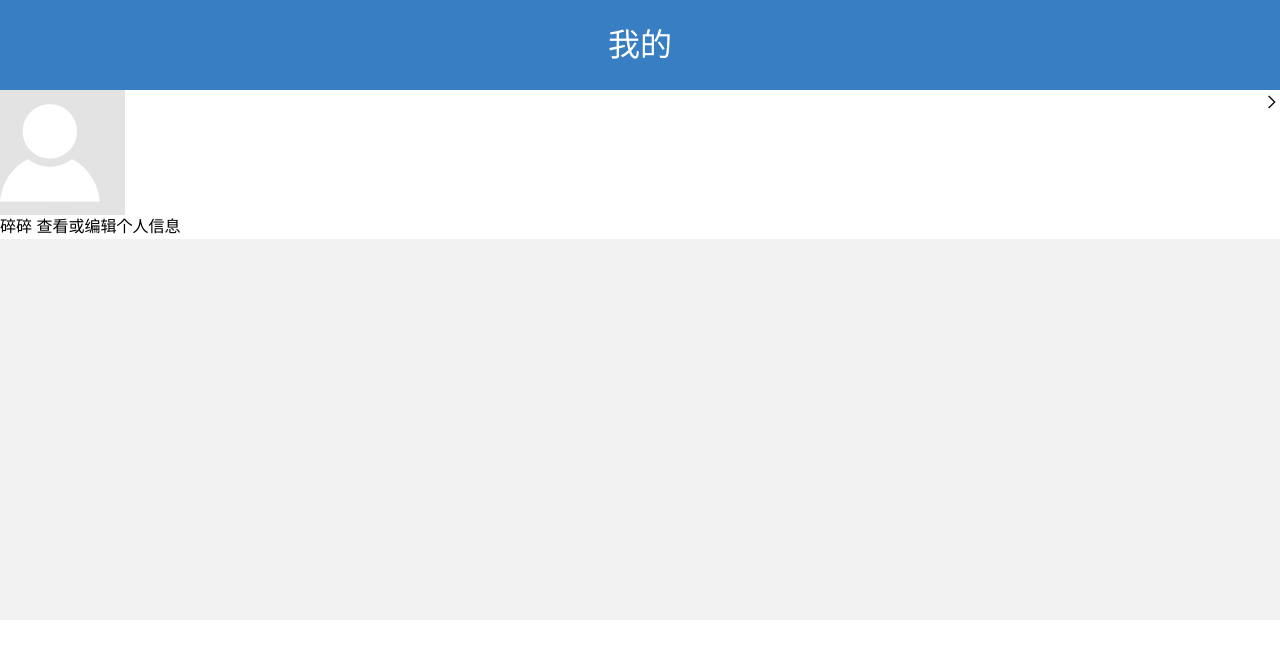
Repository: A1LExX/H5_study_set
Page: myProfile/index.html
These files come from the project's save history. The page is drawn as it stood at one moment and after the next save; the edit follows.
The browser window is 1280 px wide. The pictures show the whole page.

Above is the page before, as saved 2021-07-12 20:06:43.

### myProfile/index.html
<!--
@author [Alex Wei]
@email [w2262196@outlook.com]
@create date 2021-07-12 18:52:43
@modify date 2021-07-12 20:02:45
@desc [description]
-->
<!DOCTYPE html>
<html lang="en">
<head>
    <meta charset="UTF-8">
    <meta http-equiv="X-UA-Compatible" content="IE=edge">
    <meta name="viewport" content="width=device-width, initial-scale=1.0">
    <!-- 引入重制样式表 -->
    <link rel="stylesheet" href="./css/reset.css">
    <!-- 引入移动端适配js -->
    <script src="./js/rem.js"></script>
    <!-- 引入字体图标样式表 -->
    <link rel="stylesheet" href="./css/iconfont.css">
    <!-- 引入当前页面样式表 -->
    <link rel="stylesheet" href="./css/index.css">
    <title>Document</title>
</head>
<body>
    <!-- 页眉 -->
    <div id="top">我的</div>
    <!-- 中间部分 -->
    <div id="mid">
        <div class="proFile">
            <div>
                <div class="profileImg">
                    <span class="iconfont icon-icontouxiang"></span>
                </div>
                <div class="profileWord">
                    <span>碎碎</span>
                    <span>查看或编辑个人信息</span>
                </div>
            </div>
            <div class="iconfont icon-arrow-right"></div>
        </div>
        <div class="itemOne"></div>
        <div class="itemTwo"></div>
        <div class="setting"></div>
    </div>
    <!-- 页脚 -->
    <div id="footer"></div>
</body>
</html>

### myProfile/css/reset.css
/**
 * @author [Alex Wei]
 * @email [w2262196@outlook.com]
 * @create date 2021-07-12 19:03:59
 * @modify date 2021-07-12 19:05:27
 * @desc [description]
 */
/*
KISSY CSS Reset
理念：1. reset 的目的不是清除浏览器的默认样式，这仅是部分工作。清除和重置是紧密不可分的。
2. reset 的目的不是让默认样式在所有浏览器下一致，而是减少默认样式有可能带来的问题。
3. reset 期望提供一套普适通用的基础样式。但没有银弹，推荐根据具体需求，裁剪和修改后再使用。
特色：1. 适应中文；2. 基于最新主流浏览器。
维护：玉伯<lifesinger@gmail.com>, 正淳<ragecarrier@gmail.com>
 */

/** 清除内外边距 **/
body, h1, h2, h3, h4, h5, h6, hr, p, blockquote, /* structural elements 结构元素 */
dl, dt, dd, ul, ol, li, /* list elements 列表元素 */
pre, /* text formatting elements 文本格式元素 */
form, fieldset, legend, button, input, textarea, /* form elements 表单元素 */
th, td /* table elements 表格元素 */ {
  margin: 0;
  padding: 0;
}

/** 设置默认字体 **/
body,
button, input, select, textarea /* for ie */ {
  font: 12px/1.5 tahoma, arial, \5b8b\4f53, sans-serif;
}
h1, h2, h3, h4, h5, h6 { font-size: 100%; }
address, cite, dfn, em, var { font-style: normal; } /* 将斜体扶正 */
code, kbd, pre, samp { font-family: courier new, courier, monospace; } /* 统一等宽字体 */
small { font-size: 12px; } /* 小于 12px 的中文很难阅读，让 small 正常化 */

/** 重置列表元素 **/
ul, ol { list-style: none; }

/** 重置文本格式元素 **/
a { text-decoration: none; }
a:hover { text-decoration: underline; }


/** 重置表单元素 **/
legend { color: #000; } /* for ie6 */
fieldset, img { border: 0; } /* img 搭车：让链接里的 img 无边框 */
button, input, select, textarea { font-size: 100%; } /* 使得表单元素在 ie 下能继承字体大小 */
/* 注：optgroup 无法扶正 */

/** 重置表格元素 **/
table { border-collapse: collapse; border-spacing: 0; }

/* 清除浮动 */
.ks-clear:after, .clear:after {
  content: '\20';
  display: block;
  height: 0;
  clear: both;
}

.ks-clear, .clear {
  *zoom: 1;
}

### myProfile/js/rem.js
//designWidth:设计稿的实际宽度值，需要根据实际设置
//maxWidth:制作稿的最大宽度值，需要根据实际设置
//这段js的最后面有两个参数记得要设置，一个为设计稿实际宽度，一个为制作稿最大宽度，例如设计稿为750，最大宽度为750，则为(750,750)
;(function(designWidth, maxWidth) {
	var doc = document,
	win = window,
	docEl = doc.documentElement,
	remStyle = document.createElement("style"),
	tid;

	function refreshRem() {
		var width = docEl.getBoundingClientRect().width;
		maxWidth = maxWidth || 540;
		width>maxWidth && (width=maxWidth);
		//屏幕宽度 * 100 / 设计稿宽度
		var rem = width * 100 / designWidth;
		remStyle.innerHTML = 'html{font-size:' + rem + 'px;}';
	}

	if (docEl.firstElementChild) {
		docEl.firstElementChild.appendChild(remStyle);
	} else {
		var wrap = doc.createElement("div");
		wrap.appendChild(remStyle);
		doc.write(wrap.innerHTML);
		wrap = null;
	}
	//要等 wiewport 设置好后才能执行 refreshRem，不然 refreshRem 会执行2次；
	refreshRem();

	win.addEventListener("resize", function() {
		clearTimeout(tid); //防止执行两次
		tid = setTimeout(refreshRem, 300);
	}, false);

	win.addEventListener("pageshow", function(e) {
		if (e.persisted) { // 浏览器后退的时候重新计算
			clearTimeout(tid);
			tid = setTimeout(refreshRem, 300);
		}
	}, false);

	if (doc.readyState === "complete") {
		doc.body.style.fontSize = "16px";
	} else {
		doc.addEventListener("DOMContentLoaded", function(e) {
			doc.body.style.fontSize = "16px";
		}, false);
	}
})(750, 750);

### myProfile/css/iconfont.css
@font-face {
  font-family: "iconfont"; /* Project id  */
  src: url('../fonts/iconfont.ttf?t=1626088719469') format('truetype');
}

.iconfont {
  font-family: "iconfont" !important;
  font-size: 16px;
  font-style: normal;
  -webkit-font-smoothing: antialiased;
  -moz-osx-font-smoothing: grayscale;
}

.icon-arrow-right:before {
  content: "\e601";
}

.icon-fangzi:before {
  content: "\e614";
}

.icon-fangzi1:before {
  content: "\e6d3";
}

.icon-icontouxiang:before {
  content: "\e622";
}

.icon-quanquanb:before {
  content: "\e6d4";
}

.icon-baobiao:before {
  content: "\e65c";
}

.icon-liuyan:before {
  content: "\e615";
}

.icon-shouye:before {
  content: "\e60b";
}

.icon-baoming:before {
  content: "\e664";
}

.icon-shezhi:before {
  content: "\e63a";
}

.icon-dibudaohanglan-:before {
  content: "\e630";
}

.icon-renyuan:before {
  content: "\e61a";
}

### myProfile/css/index.css
/**
 * @author [Alex Wei]
 * @email [w2262196@outlook.com]
 * @create date 2021-07-12 19:23:21
 * @modify date 2021-07-12 20:06:43
 * @desc [description]
 */
html, body{
    width: 100%;
    height: 100%;
}

body{
    display: flex;
    flex-direction: column;
}

#top{
    height: .9rem;
    background: #387ec2;
    color: white;
    font-size: .32rem;
    line-height: .9rem;
    text-align: center;
}


#mid{
    flex: 1;
    background: #f2f2f2;
    overflow: scroll;
    display: flex;
    flex-direction: column;
}

#mid .profileImg{
    width: 1.25rem;
    height: 1.25rem;
    background: #e3e3e3;
}

.proFile{
    display: flex;
    justify-content: space-between;
    background: white;
}

.icon-icontouxiang{
    font-size: 1rem;
    line-height: 1.25rem;
    text-align: center;
    color: white;
}

#footer{
    height: 1rem;
}

After the next save:
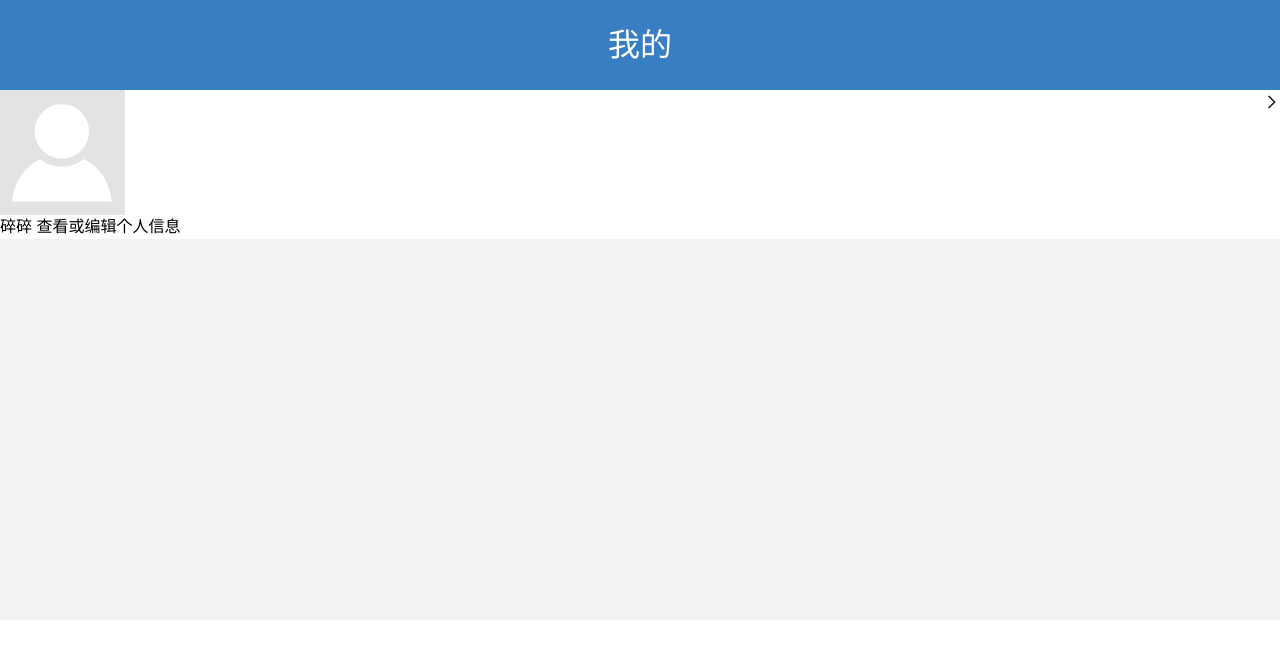
Saved 38 s later.
--- a/myProfile/css/index.css
+++ b/myProfile/css/index.css
@@ -2,7 +2,7 @@
  * @author [Alex Wei]
  * @email [w2262196@outlook.com]
  * @create date 2021-07-12 19:23:21
- * @modify date 2021-07-12 20:06:43
+ * @modify date 2021-07-12 20:07:21
  * @desc [description]
  */
 html, body{
@@ -37,6 +37,7 @@ body{
     width: 1.25rem;
     height: 1.25rem;
     background: #e3e3e3;
+    text-align: center;
 }
 
 .proFile{
@@ -48,7 +49,7 @@ body{
 .icon-icontouxiang{
     font-size: 1rem;
     line-height: 1.25rem;
-    text-align: center;
+    /* text-align: center; */
     color: white;
 }
 
